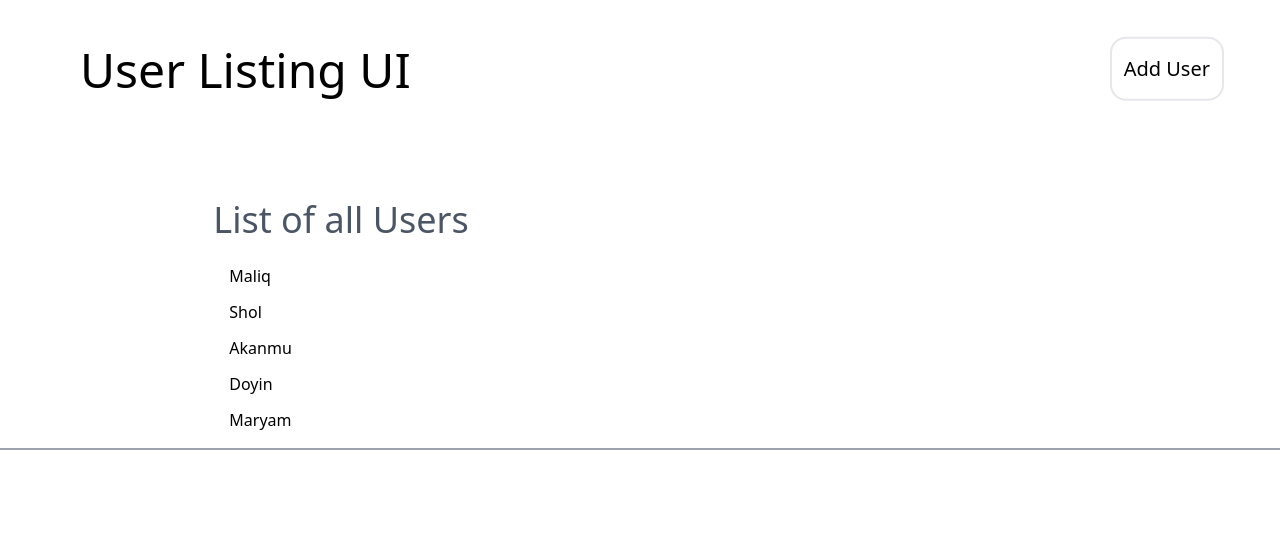
Repository: Marlstergo/listings
Page: /view (app in client/)
An editor plug-in stored every save of this project. The page is shown before and after the next save, followed by the edit.
The browser window is 1280 px wide. The pictures show the whole page.
The project was rebuilt for these pictures with package versions that can differ from the ones it lists, and the page was loaded fresh each time. Also part of the build but not shown: client/craco.config.js, client/src/components/Loader.js, client/src/components/Order.js, client/src/components/Modal.js. Imported but missing from the stored project, and not drawn on this page: client/src/components/Base, client/src/components/Toppings.

Above is the page before, as saved 2021-07-20 23:59:51.

After the next save:
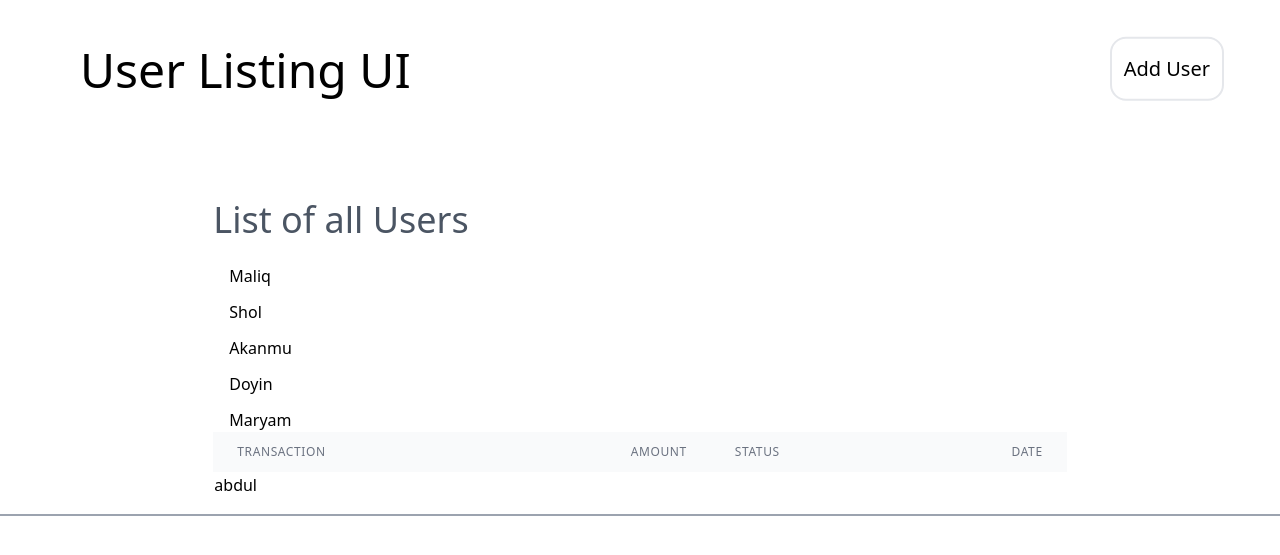
Saved 9 h 13 min later.
--- a/client/src/components/Home.js
+++ b/client/src/components/Home.js
@@ -49,7 +49,7 @@ const Home = () => {
           )}
 
         </ul>
-        {/* <table className="min-w-full divide-y divide-gray-200">
+        <table className="min-w-full divide-y divide-gray-200">
           <thead>
             <tr>
               <th className="px-6 py-3 bg-gray-50 text-left text-xs font-medium text-gray-500 uppercase tracking-wider">
@@ -65,8 +65,13 @@ const Home = () => {
                 Date
               </th>
             </tr>
+            <tr>
+              <td>
+                abdul
+              </td>
+            </tr>
           </thead>
-        </table> */}
+        </table>
       </div>
     </motion.div>
   );
